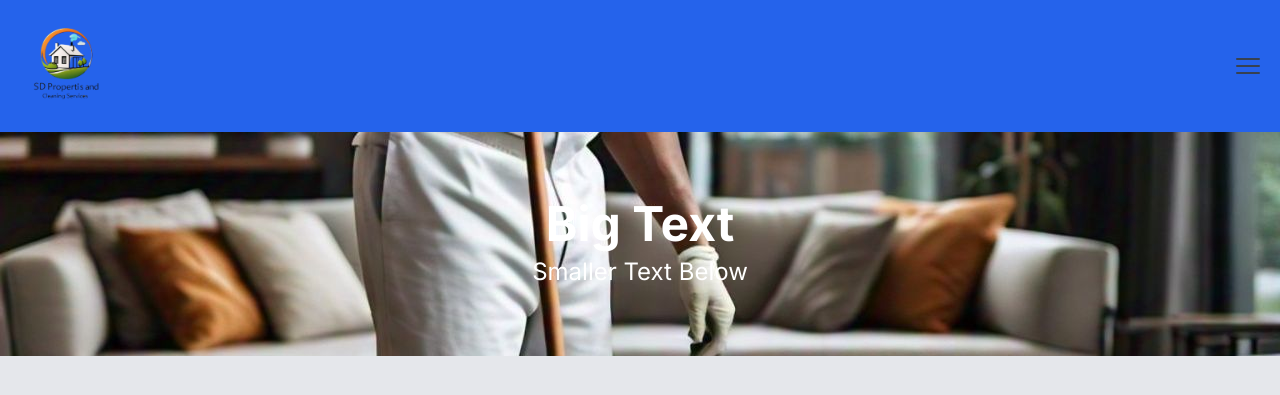
Repository: devmskhan/sdpropandclean
Page: /
An editor plug-in stored every save of this project. The page is shown before and after the next save, followed by the edit.
The browser window is 1280 px wide. The pictures show the whole page.
The project was rebuilt for these pictures with package versions that can differ from the ones it lists, and the page was loaded fresh each time. The framework's server and built-in components were replaced by stand-ins that run in the browser. Also part of the build but not shown: next.config.mjs.

Above is the page before, as saved 2024-09-02 14:48:14.

After the next save:
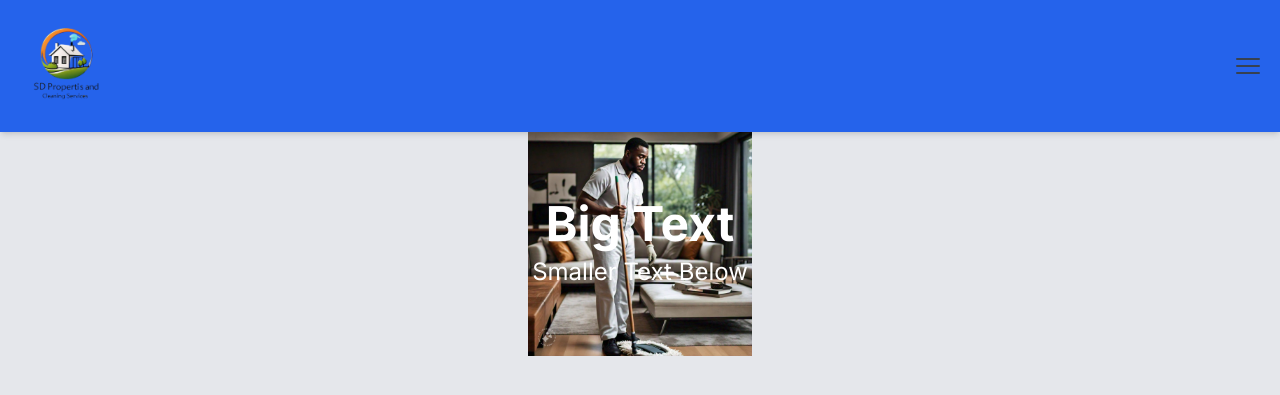
Saved 4 min 37 s later.
--- a/components/Body.tsx
+++ b/components/Body.tsx
@@ -3,7 +3,7 @@
 
 function Body() {
     return (
-        <div className="relative w-full h-56 bg-cover bg-center text-white"
+        <div className="relative w-full h-56 bg-no-repeat bg-contain bg-center text-white"
          style={{ backgroundImage: 'url("/pic1.jpg")' }}>
       <div className="absolute inset-0 flex flex-col justify-center items-center text-center">
         {/* Larger Text */}
